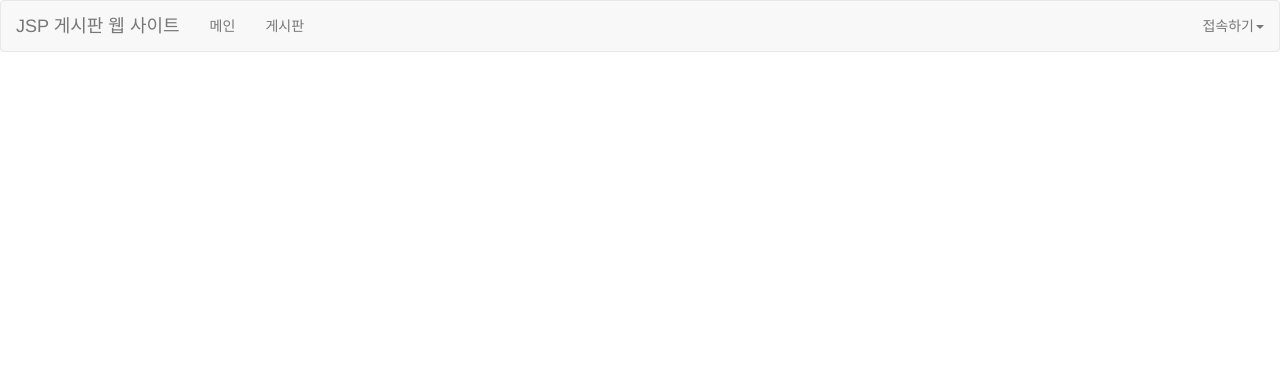
Repository: 1912087/Klavier_Piano
Page: http://localhost/notice/login.jsp
These files come from the project's save history. The page is drawn as it stood at one moment and after the next save; the edit follows.
The browser window is 1280 px wide. The pictures show the whole page.
Some web libraries are served in a nearby version. The page is served by Tomcat 9. Other server files are loaded and not shown.

Above is the page before, as saved 2021-11-04 17:54:11.

### Notice/notice/WebContent/login.jsp
<%@ page language="java" contentType="text/html; charset=UTF-8"
    pageEncoding="UTF-8"%>
<!DOCTYPE html>
<html>
<head>
<meta charset="UTF-8">
<!-- 화면 최적화 -->
<meta name="viewport" content="width-device-width", initial-scale="1">
<!-- 루트 폴더에 부트스트랩을 참조하는 링크 -->
<link rel="stylesheet" href="css/bootstrap.css">
<title>BBS</title>
</head>
<body>
	<nav class="navbar navbar-default"> <!-- 네비게이션 -->
		<div class="navbar-header"> 	<!-- 네비게이션 상단 부분 -->
			<!-- 네비게이션 상단 박스 영역 -->
			<button type="button" class="navbar-toggle collapsed"
				data-toggle="collapse" data-target="#bs-example-navbar-collapse-1"
				aria-expanded="false">
				<!-- 이 삼줄 버튼은 화면이 좁아지면 우측에 나타난다 -->
				<span class="icon-bar"></span>
				<span class="icon-bar"></span>
				<span class="icon-bar"></span>
			</button>
			<!-- 상단 바에 제목이 나타나고 클릭하면 main 페이지로 이동한다 -->
			<a class="navbar-brand" href="main.jsp">JSP 게시판 웹 사이트</a>
		</div>
		<!-- 게시판 제목 이름 옆에 나타나는 메뉴 영역 -->
		<div class="collapse navbar-collapse" id="bs-example-navbar-collapse-1">
			<ul class="nav navbar-nav">
				<li><a href="main.jsp">메인</a></li>
				<li><a href="bbs.jsp">게시판</a></li>
			</ul>
			<!-- 헤더 우측에 나타나는 드랍다운 영역 -->
			<ul class="nav navbar-nav navbar-right">
				<li class="dropdown">
					<a href="#" class="dropdown-toggle"
						data-toggle="dropdown" role="button" aria-haspopup="true"
						aria-expanded="false">접속하기<span class="caret"></span></a>
					<!-- 드랍다운 아이템 영역 -->
					<ul class="dropdown-menu">
						<li class="active"><a href="login.jsp">로그인</a></li>
						<li><a href="join.jsp">회원가입</a></li>
					</ul>
				</li>
			</ul>
		</div>
	</nav>
	<!-- 부트스트랩 참조 영역 -->
	<script src="https://code.jquery.com/jquery-3.1.1.min.js"></script>
	<script src="js/bootstrap.js"></script>
</body>

Loaded but not shown: Notice/notice/WebContent/css/bootstrap.css (library); Notice/notice/WebContent/js/bootstrap.js (library)

After the next save:
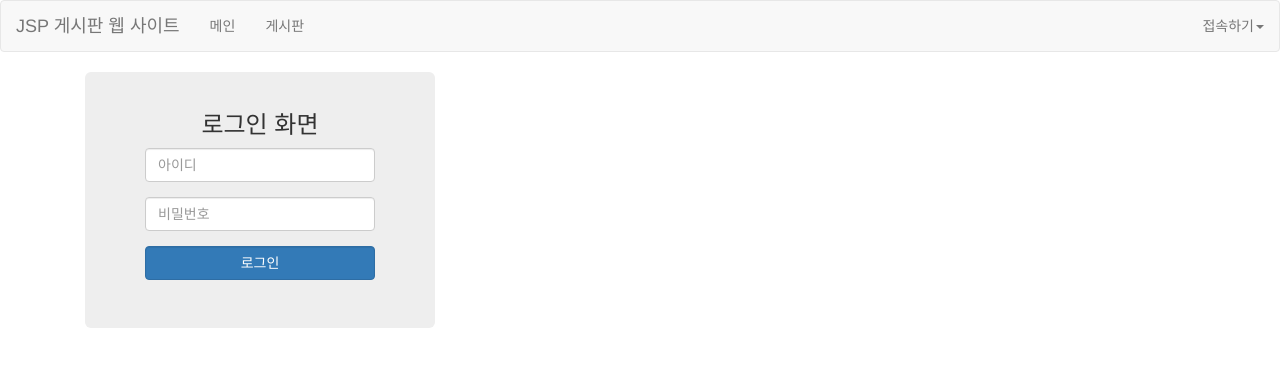
Saved 32 s later.
--- a/Notice/notice/WebContent/login.jsp
+++ b/Notice/notice/WebContent/login.jsp
@@ -46,6 +46,24 @@
 			</ul>
 		</div>
 	</nav>
+	<!-- 로그인 양식 -->
+	<div class="container">		<!-- 하나의 영역 생성 -->
+		<div class="col-lg-4">	<!-- 영역 크기 -->
+			<!-- 점보트론은 특정 컨텐츠, 정보를 두드러지게 하기 위한 큰 박스 -->
+			<div class="jumbotron" style="padding-top: 20px;">
+				<form method="post" action="loginAction.jsp">
+					<h3 style="text-align: center;">로그인 화면</h3>
+					<div class="form-group">
+						<input type="text" class="form-control" placeholder="아이디" name="userID" maxlength="20">
+					</div>
+					<div class="form-group">
+						<input type="password" class="form-control" placeholder="비밀번호" name="userPassword" maxlength="20">
+					</div>
+					<input type="submit" class="btn btn-primary form-control" value="로그인">
+				</form>
+			</div>
+		</div>
+	</div>
 	<!-- 부트스트랩 참조 영역 -->
 	<script src="https://code.jquery.com/jquery-3.1.1.min.js"></script>
 	<script src="js/bootstrap.js"></script>
